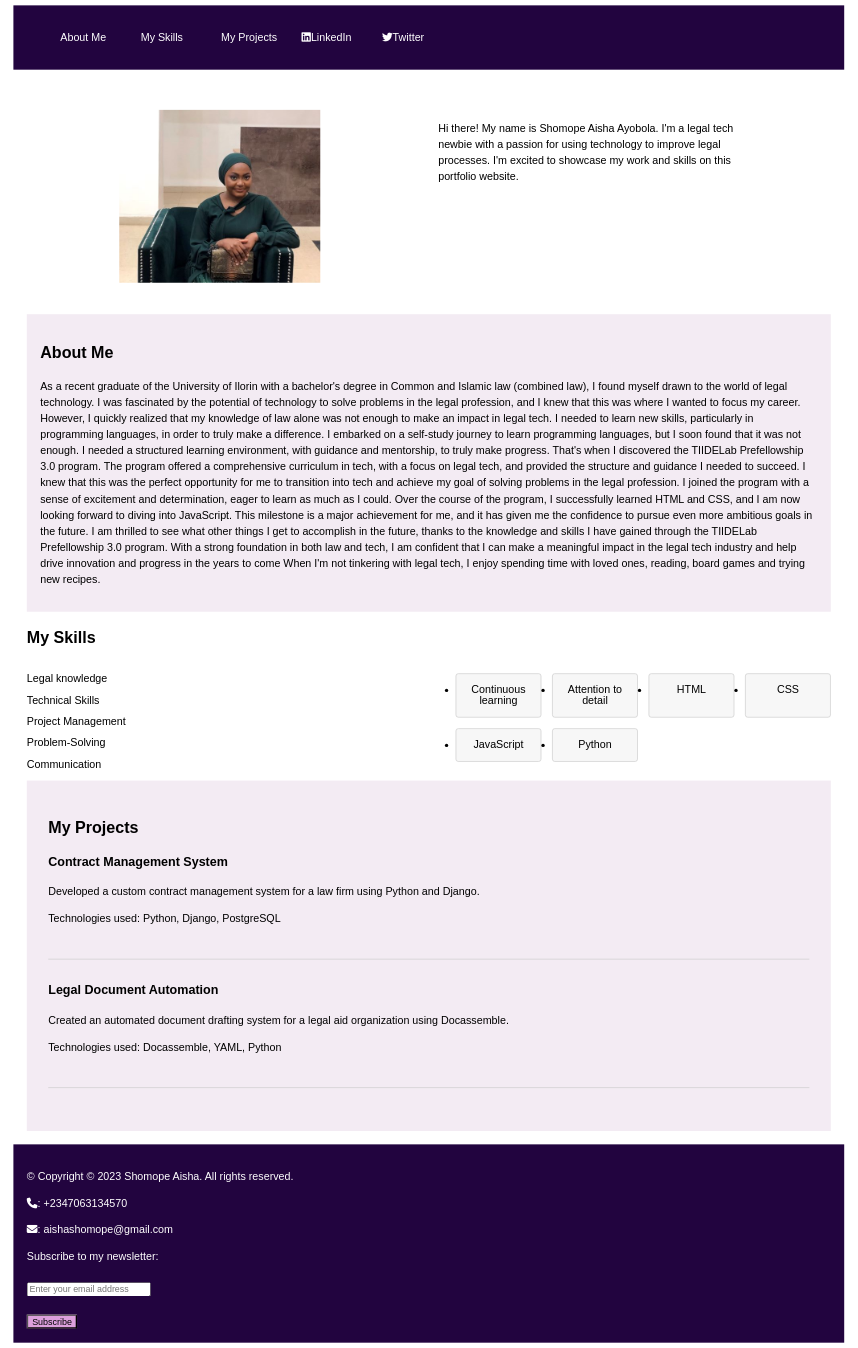
Repository: Iyewande/AishasPortfolio
Page: Index.html
These files come from the project's save history. The page is drawn as it stood at one moment and after the next save; the edit follows.
The browser window is 1280 px wide. The pictures show the whole page, at 67% of full size.
Some web libraries are served in a nearby version.

Above is the page before, as saved 2023-05-04 22:10:59.

After the next save:
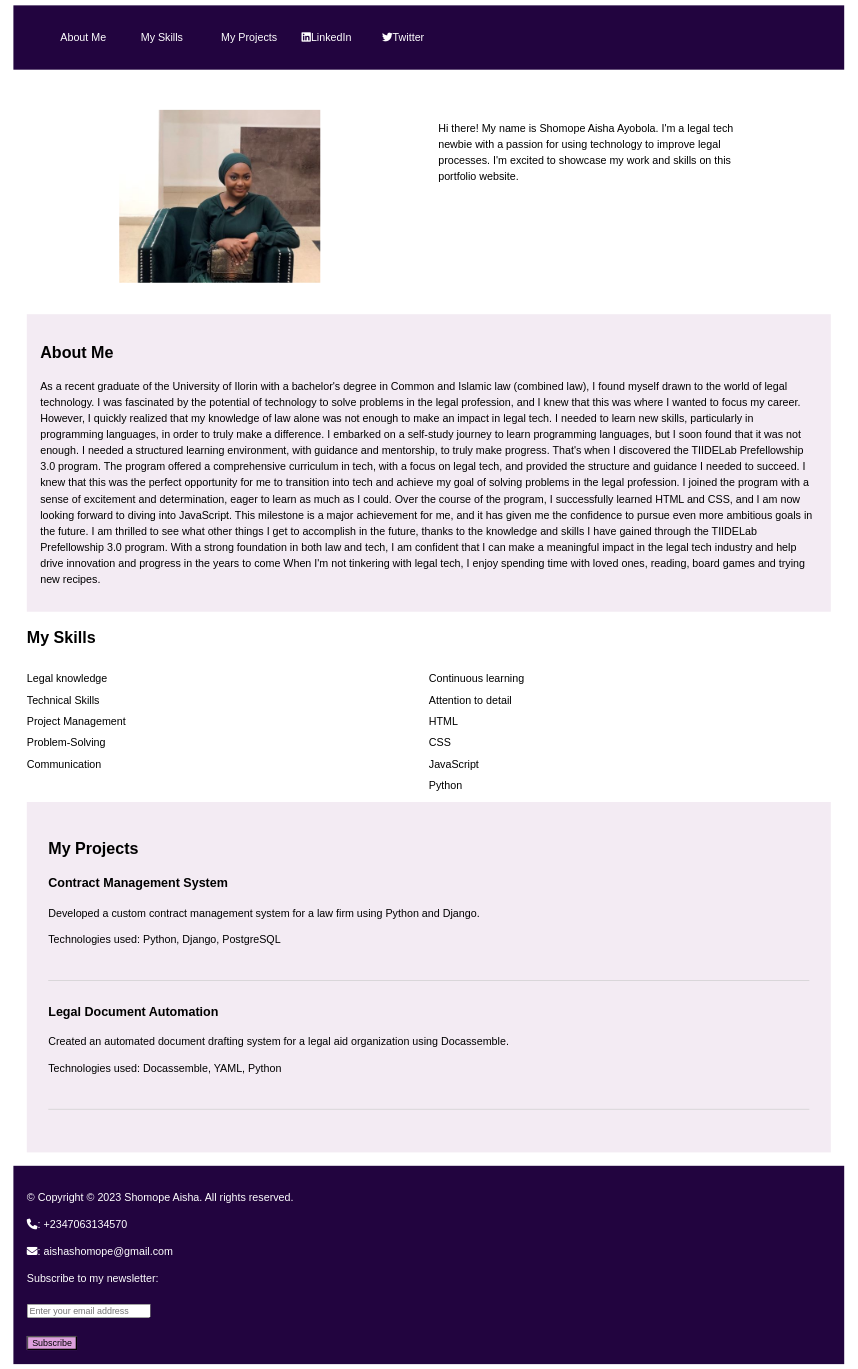
Saved 62 s later.
--- a/Index.html
+++ b/Index.html
@@ -68,14 +68,12 @@
                          <p>Communication</p>
                     </div>
                     <div id="ordered">
-                    <ul>
-                        <li>Continuous learning</li>
-                        <li>Attention to detail</li>
-                        <li>HTML</li>
-                        <li>CSS</li>
-                        <li>JavaScript</li>
-                        <li>Python</li>
-                    </ul>
+                        <p>Continuous learning</p>
+                        <p>Attention to detail</p>
+                        <p>HTML</p>
+                        <p>CSS</p>
+                        <p>JavaScript</p>
+                        <p>Python</p>
                 </div>
               </section>
               <section id="projects">
